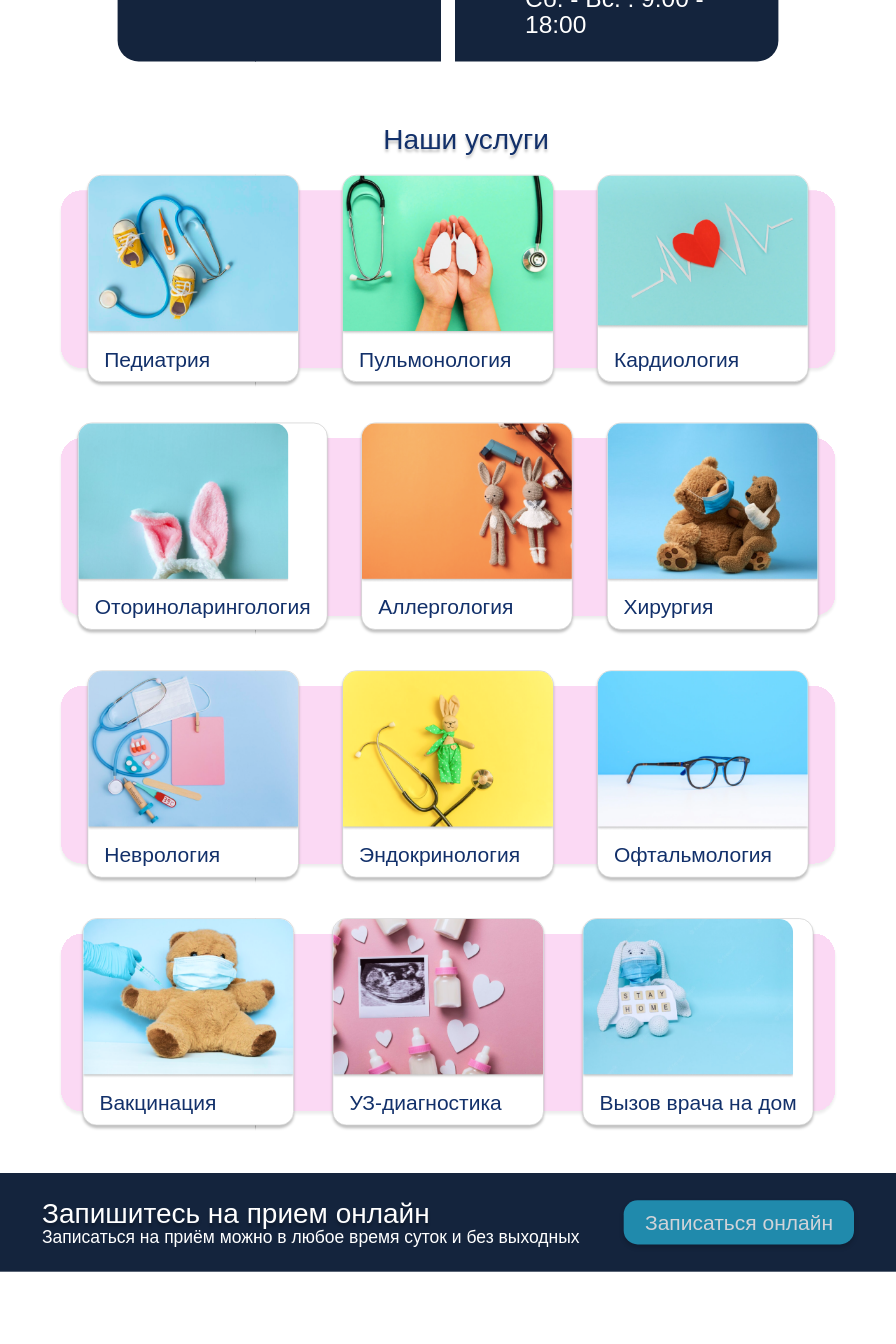
Repository: Normandy72/Landing-Page-Happy-Child
Page: index.html
The author's editor kept a copy of each file at every save. The page is drawn from the files as they stood at one save, then again after the next save.
The browser window is 1280 px wide. The pictures show the part of the page from y = 1004 to 2924 px (the page is 7315 px tall before and 6171 px after), at 70% of full size.
The page's requests for data from a server got no answer. Some web fonts or font styles are not loaded; a fallback is used.

Above is the page before, as saved 2022-12-06 09:03:04.

After the next save:
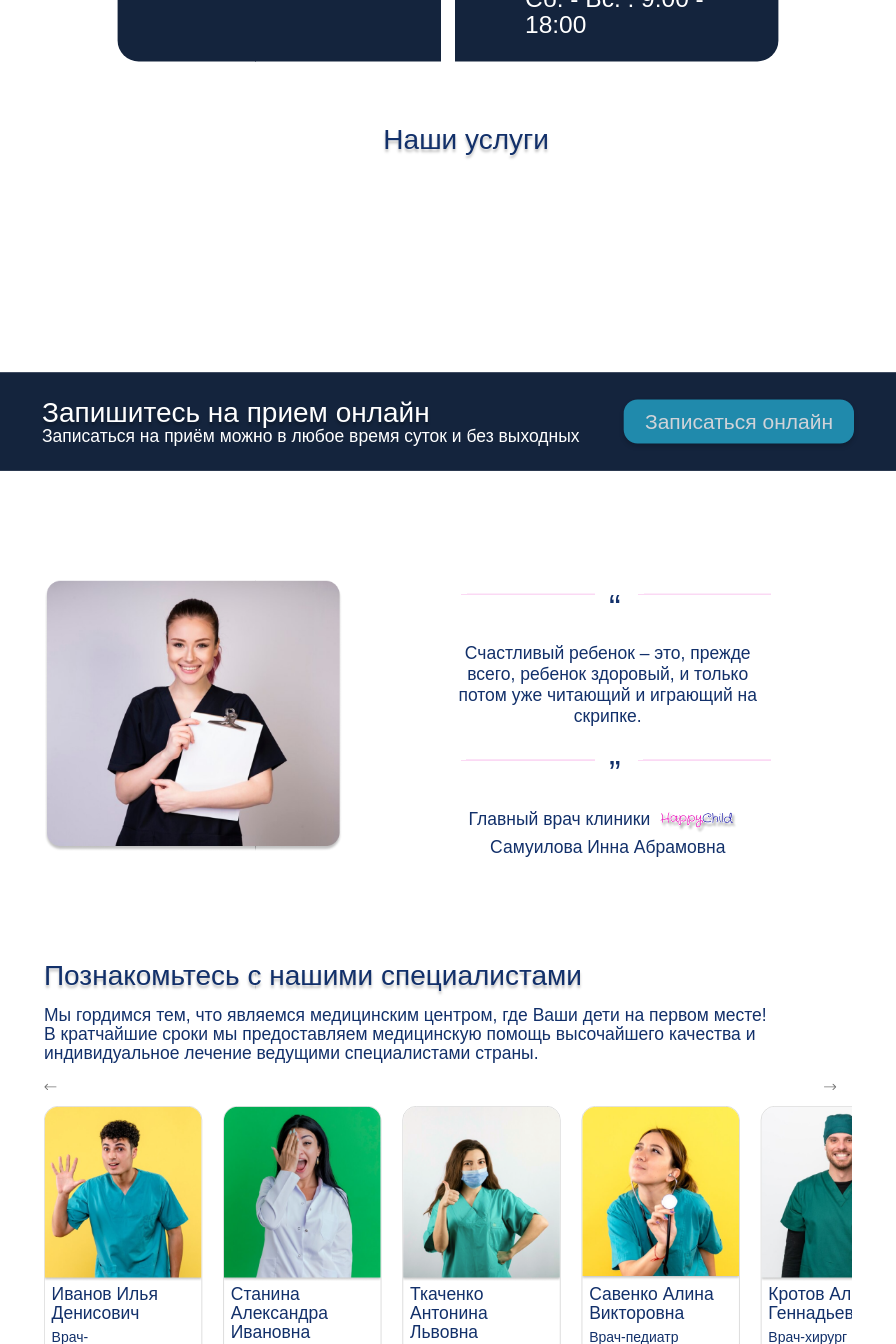
Saved 2 min 27 s later.
--- a/index.html
+++ b/index.html
@@ -65,7 +65,7 @@
                 <h2 class="heading_dark">Наши услуги</h2>
                 <div class="divider"></div>
                 <div class="services__cards layout-3-columns">
-                    <div class="services__card">
+                    <!-- <div class="services__card">
                         <img src="resources/img/services/pediatria.png" alt="pediatria">
                         <h4>Педиатрия</h4>
                     </div>
@@ -78,11 +78,11 @@
                     <div class="services__card">
                         <img src="resources/img/services/cardio.png" alt="cardio">
                         <h4>Кардиология</h4>
-                    </div>
+                    </div> -->
                 </div>
 
                 <div class="services__cards layout-3-columns">
-                    <div class="services__card">
+                    <!-- <div class="services__card">
                         <img src="resources/img/services/lor.png" alt="lor">
                         <h4>Оториноларингология</h4>
                     </div>
@@ -95,11 +95,11 @@
                     <div class="services__card">
                         <img src="resources/img/services/surgery.png" alt="surgery">
                         <h4>Хирургия</h4>
-                    </div>
+                    </div> -->
                 </div>
 
                 <div class="services__cards layout-3-columns">
-                    <div class="services__card">
+                    <!-- <div class="services__card">
                         <img src="resources/img/services/neuro.png" alt="neuro">
                         <h4>Неврология</h4>
                     </div>
@@ -112,11 +112,11 @@
                     <div class="services__card">
                         <img src="resources/img/services/ophtalm.png" alt="ophtalm">
                         <h4>Офтальмология</h4>
-                    </div>
+                    </div> -->
                 </div>
 
                 <div class="services__cards layout-3-columns">
-                    <div class="services__card">
+                    <!-- <div class="services__card">
                         <img src="resources/img/services/vaccination.png" alt="vaccination">
                         <h4>Вакцинация</h4>
                     </div>
@@ -129,7 +129,7 @@
                     <div class="services__card">
                         <img src="resources/img/services/stayhome.png" alt="stayhome">
                         <h4>Вызов врача на дом</h4>
-                    </div>
+                    </div> -->
                 </div>
             </div>
         </section>
